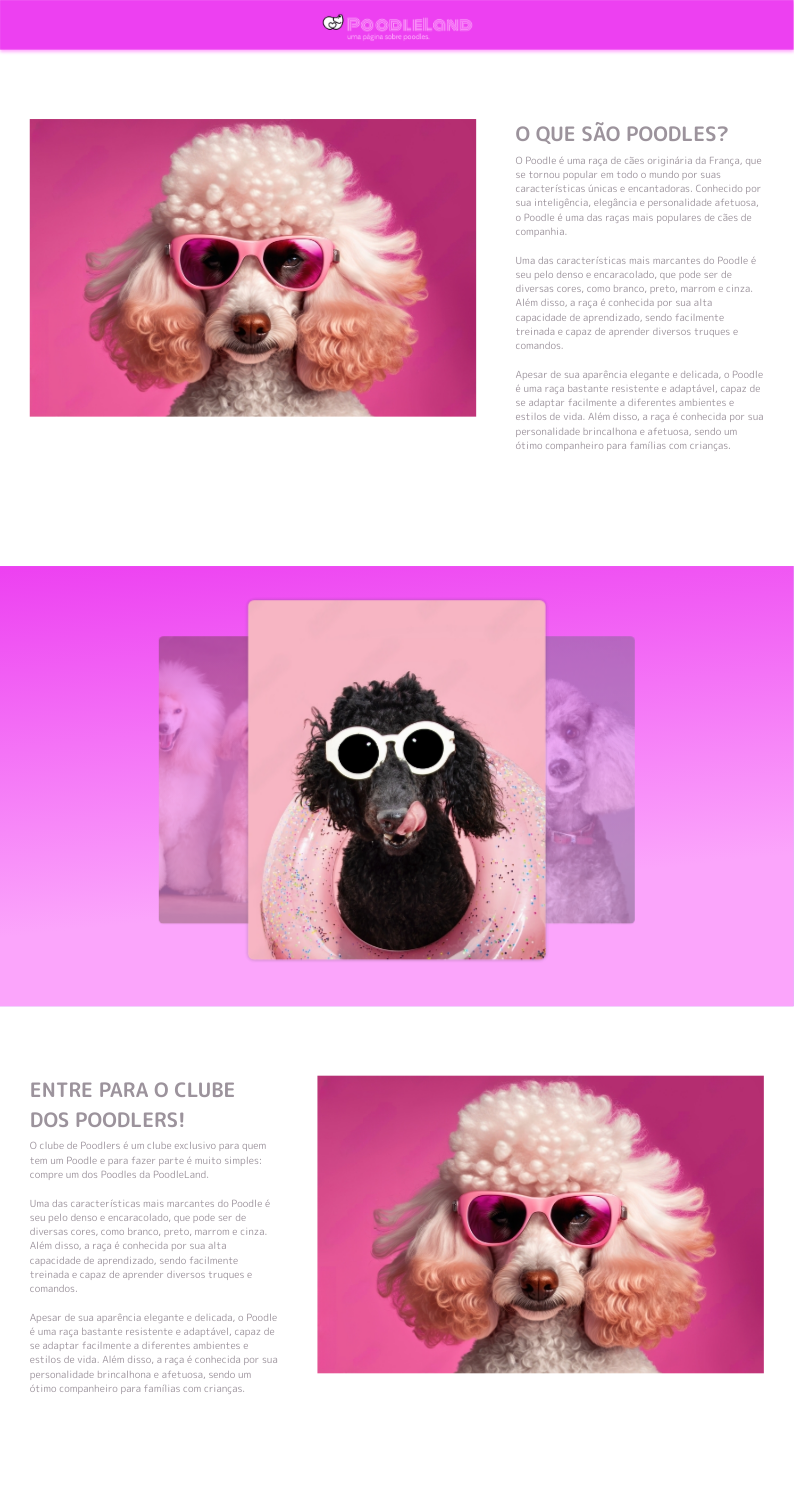
Repository: vinibalt/PoodleLand
Page: poddlelandia.html
The author's editor kept a copy of each file at every save. The page is drawn from the files as they stood at one save, then again after a run of saves.
The browser window is 1280 px wide. The pictures show the whole page, at 62% of full size.

Above is the page before, as saved 2023-05-12 22:00:01.

### poddlelandia.html
<!DOCTYPE html>
<html lang="en">

<head>
    <meta charset="UTF-8">
    <meta http-equiv="X-UA-Compatible" content="IE=edge">
    <meta name="viewport" content="width=device-width, initial-scale=1.0">
    <link rel="stylesheet" href="./assets/css/styles.css">
    <title> PoodleLand </title>
</head>

<body>
    <header class="header">
        <div class="content">
            <img src="./assets/img/logo-poodleland.png" alt="" height="60px">
        </div>
    </header>

    <section class="section-one row">
        <div class="img-one">
            <img src="./assets/img/poddle-lindo.jpeg" alt="" height="480px">
        </div>

        <div class="text-one">
            <h1>O QUE SÃO POODLES?</h1>
            <p>
                O Poodle é uma raça de cães originária da França, que se tornou popular em todo o mundo por suas
                características únicas e encantadoras. Conhecido por sua inteligência, elegância e personalidade
                afetuosa, o Poodle é uma das raças mais populares de cães de companhia. <br><br>
                Uma das características mais marcantes do Poodle é seu pelo denso e encaracolado, que pode ser de
                diversas cores, como branco, preto, marrom e cinza. Além disso, a raça é conhecida por sua alta
                capacidade de aprendizado, sendo facilmente treinada e capaz de aprender diversos truques e comandos.
                <br><br>
                Apesar de sua aparência elegante e delicada, o Poodle é uma raça bastante resistente e adaptável, capaz
                de se adaptar facilmente a diferentes ambientes e estilos de vida. Além disso, a raça é conhecida por
                sua personalidade brincalhona e afetuosa, sendo um ótimo companheiro para famílias com crianças.
                <br><br>

            </p>
        </div>
    </section>

    <section class="section-carousel">

        <div class="container">
            <input type="radio" name="slider" id="item-1" checked>
            <input type="radio" name="slider" id="item-2">
            <input type="radio" name="slider" id="item-3">
          <div class="cards">
            <label class="card" for="item-1" id="song-1">
              <img class="img-carousel" src="./assets/img/poodle-praiano.jpeg" alt="song">
            </label>
            <label class="card" for="item-2" id="song-2">
              <img class="img-carousel" src="./assets/img/poodle-cinza-transformed.jpeg" alt="song">
            </label>
            <label class="card" for="item-3" id="song-3">
              <img class="img-carousel" src="./assets/img/poodle-varias-cores-transformed.jpeg" alt="song">
            </label>
          </div>
        </div>

    </section>

    <section class="section-two row">
        <div class="text-two">
            <h1>ENTRE PARA O CLUBE DOS POODLERS!</h1>
            <p>
                O clube de Poodlers é um clube exclusivo para quem tem um Poodle e para fazer parte é muito simples:
                compre um dos Poodles da PoodleLand. <br><br>
                Uma das características mais marcantes do Poodle é seu pelo denso e encaracolado, que pode ser de
                diversas cores, como branco, preto, marrom e cinza. Além disso, a raça é conhecida por sua alta
                capacidade de aprendizado, sendo facilmente treinada e capaz de aprender diversos truques e comandos.
                <br><br>
                Apesar de sua aparência elegante e delicada, o Poodle é uma raça bastante resistente e adaptável, capaz
                de se adaptar facilmente a diferentes ambientes e estilos de vida. Além disso, a raça é conhecida por
                sua personalidade brincalhona e afetuosa, sendo um ótimo companheiro para famílias com crianças.
                <br><br>

            </p>
        </div>

        <div class="img-two">
            <img src="./assets/img/poddle-lindo.jpeg" alt="" height="480px">
        </div>
    </section>

    <footer>

    </footer>
</body>

</html>

### assets/css/styles.css
@import url('https://fonts.googleapis.com/css2?family=Heebo:wght@300;400;500;600;700;800;900&display=swap');
@import url('https://fonts.googleapis.com/css2?family=M+PLUS+Rounded+1c:wght@100;300;400;500;700;800;900&display=swap');
/* font-family: 'Heebo', sans-serif; */

* {
    padding: 0;
    margin: 0;

    font-family: 'M PLUS Rounded 1c', sans-serif;
}

body {
    scroll-behavior: smooth;
}

.header {
    height: 80px;
    position: sticky;
    top: 0;
    background-color: #ed40f1;
    box-shadow: 0px 3px 5px 0px rgba(255,171,252,1);

    justify-content: center;
    align-items: center;
    text-align: center;

    z-index: 2;
}

.content img {
    padding-top: 1rem;
    border-radius: .5rem;

    border-radius: 8px;
}

.section-one, .section-two {
    height: auto;
    padding-top: 4rem;

    padding: 4rem 1rem 8rem 1rem;
    color: #9c939c;
}

.img-one, .text-one, .img-two, .text-two{
    padding: 3rem 2rem 2rem;
}

.text-one {

}

.text-one > h1 {
 font-size: 32px;
 font-weight: 700;

 padding-bottom: .5rem;
}

.text-two > h1 {
    font-size: 32px;
    font-weight: 700;

    padding-bottom: .5rem;
   }

.text-one > p {
    font-size: 16px;
    font-weight: 400;
}

.text-two > p {
    font-size: 16px;
    font-weight: 400;
}

.section-carousel {
    height: 650px;
    /* background-color: #fba5fb; */
    background: rgb(237,64,241);
    background: linear-gradient(174deg, rgba(237,64,241,1) 0%, rgba(251,165,251,1) 71%);
}








.row {
    display: flex;
    flex-direction: row;
}

.column {
    display: flex;
    flex-direction: column;
}







@import url("https://fonts.googleapis.com/css?family=DM+Sans:400,500,700&display=swap");



.section-carousel {
  display: flex;
  align-items: center;
  justify-content: center;
  padding: 30px 10px;
  font-family: 'DM Sans', sans-serif;
  transition: background .4s ease-in;
  background-color: #c394f8;

  &.blue {
    background-color: #428aa6;
  }
}

input[type=radio] {
  display: none;
}

.card {
  position: absolute;
  width: 60%;
  height: 100%;
  left: 0;
  right: 0;
  margin: auto;
  transition: transform .4s ease;
  cursor: pointer;
}

.container {
  width: 100%;
  max-width: 800px;
  max-height: 600px;
  height: 100%;
  transform-style: preserve-3d;
  display: flex;
  justify-content: center;
  flex-direction: column;
  align-items: center;
}

.cards {
  position: relative;
  width: 100%;
  height: 100%;
  margin-bottom: 20px;

  z-index: 1;
}

.img-carousel {
  width: 100%;
  height: 100%;
  border-radius: 10px;
  object-fit: cover;
}

#item-1:checked ~ .cards #song-3, #item-2:checked ~ .cards #song-1, #item-3:checked ~ .cards #song-2 {
  transform: translatex(-40%) scale(.8);
  opacity: .4;
  z-index: 0;
}

#item-1:checked ~ .cards #song-2, #item-2:checked ~ .cards #song-3, #item-3:checked ~ .cards #song-1 {
  transform: translatex(40%) scale(.8);
  opacity: .4;
  z-index: 0;
}

#item-1:checked ~ .cards #song-1, #item-2:checked ~ .cards #song-2, #item-3:checked ~ .cards #song-3 {
  transform: translatex(0) scale(1);
  opacity: 1;
  z-index: 1;

  img {
    box-shadow: 0px 0px 5px 0px rgba(81, 81, 81, 0.47);
  }
}

.player {
  background-color: #fff;
  border-radius: 8px;
  min-width: 320px;
  padding: 16px 10px;
}

.upper-part {
  position: relative;
  display: flex;
  align-items: center;
  margin-bottom: 12px;
  height: 36px;
  overflow: hidden;
}

.play-icon{ margin-right: 10px; }

.song-info {
  width: calc(100% - 32px);
  display: block;
}

.song-info .title {
  color: #403d40;
  font-size: 14px;
  line-height: 24px;
}

.sub-line {
  display: flex;
  justify-content: space-between;
  width: 100%;
}

.subtitle, .time {
  font-size: 12px;
  line-height: 16px;
  color: #c6c5c6;
}

.time {
  font-size: 12px;
  line-height: 16px;
  color: #a5a5a5;
  font-weight: 500;
  margin-left: auto;
}

.progress-bar {
  height: 3px;
  width: 100%;
  background-color: #e9efff;
  border-radius: 2px;
  overflow: hidden;
}

.progress {
  display: block;
  position: relative;
  width: 60%;
  height: 100%;
  background-color: #2992dc;
  border-radius: 6px;
}

.info-area {
  width: 100%;
  position: absolute;
  top: 0;
  left: 30px;
  transition: transform .4s ease-in;
}

#item-2:checked ~ .player #test {
  transform: translateY(0);
}

#item-2:checked ~ .player #test  {
  transform: translateY(-40px);
}

#item-3:checked ~ .player #test  {
  transform: translateY(-80px);
}

After the next 2 saves:
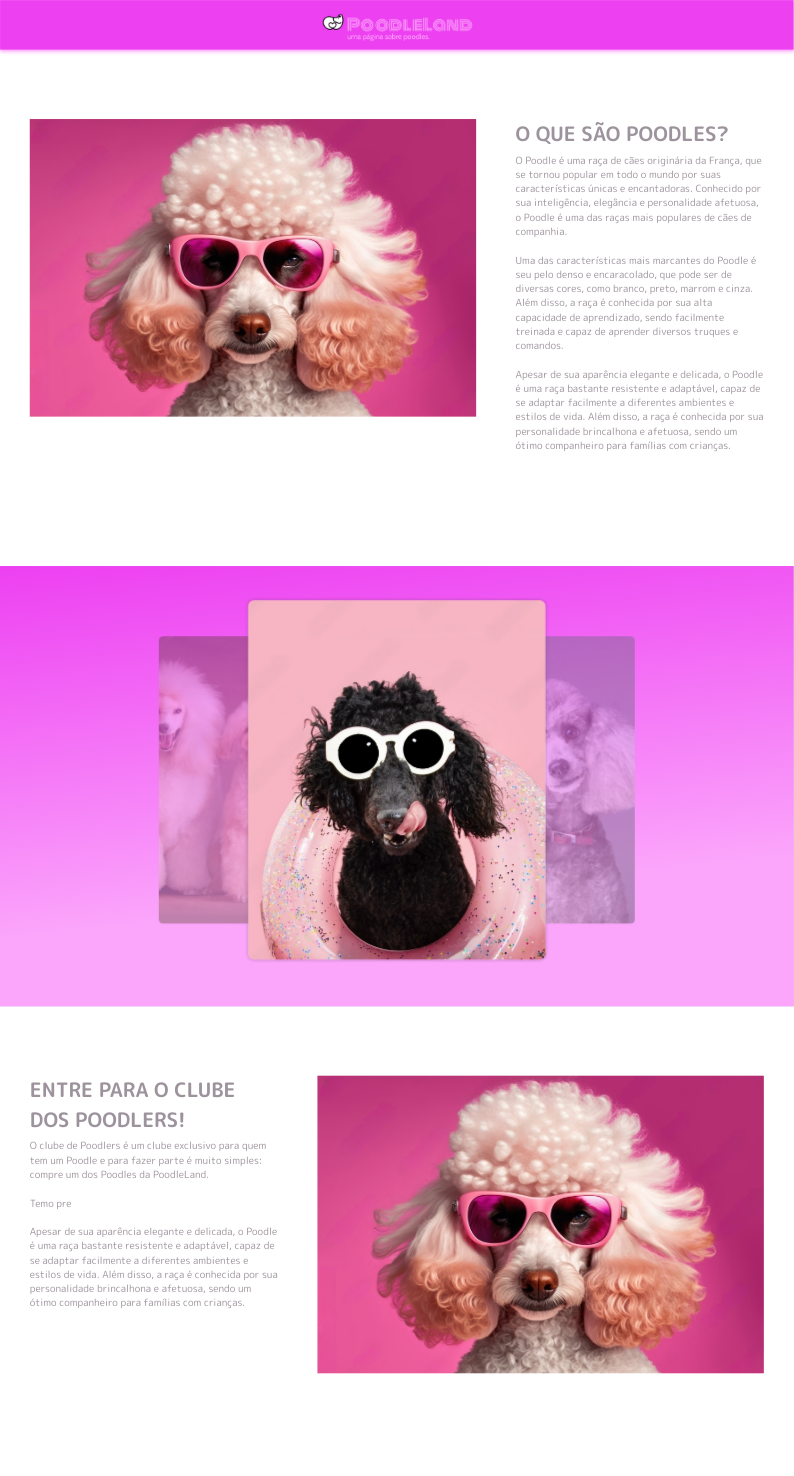
The 2 saves are shown as one change because they came seconds apart.
The last was saved 13 s later.
--- a/poddlelandia.html
+++ b/poddlelandia.html
@@ -67,9 +67,7 @@
             <p>
                 O clube de Poodlers é um clube exclusivo para quem tem um Poodle e para fazer parte é muito simples:
                 compre um dos Poodles da PoodleLand. <br><br>
-                Uma das características mais marcantes do Poodle é seu pelo denso e encaracolado, que pode ser de
-                diversas cores, como branco, preto, marrom e cinza. Além disso, a raça é conhecida por sua alta
-                capacidade de aprendizado, sendo facilmente treinada e capaz de aprender diversos truques e comandos.
+                Temo pre
                 <br><br>
                 Apesar de sua aparência elegante e delicada, o Poodle é uma raça bastante resistente e adaptável, capaz
                 de se adaptar facilmente a diferentes ambientes e estilos de vida. Além disso, a raça é conhecida por
